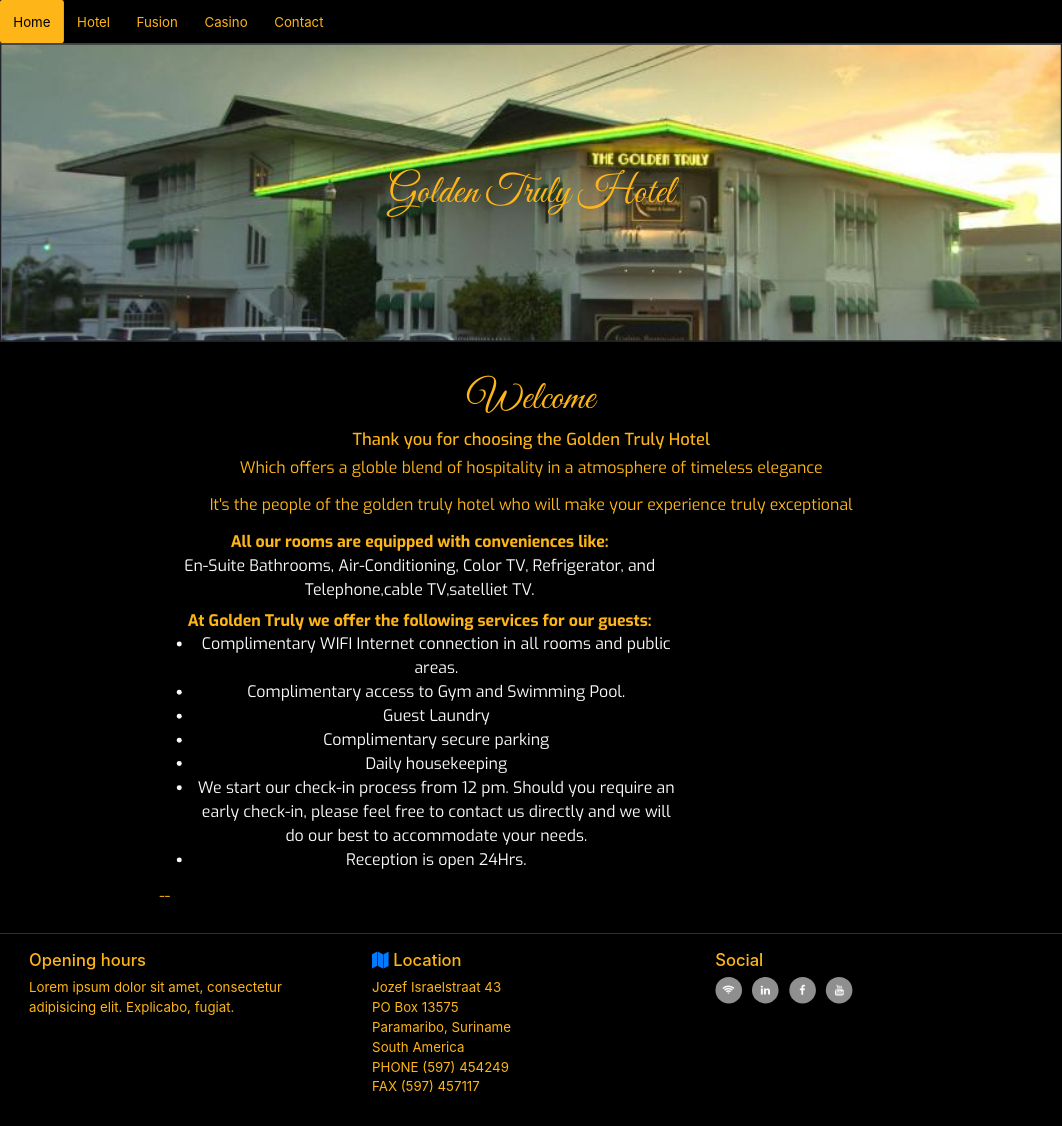
Repository: Code-Institute-Submissions/anthonycaf-Milestone1
Page: index.html
The author's editor kept a record of every edit. The page is drawn from the files as they stood at one moment, then again after the next edit.
The browser window is 1280 px wide. The pictures show the whole page, at 83% of full size.

Above is the page before.

After the next edit:
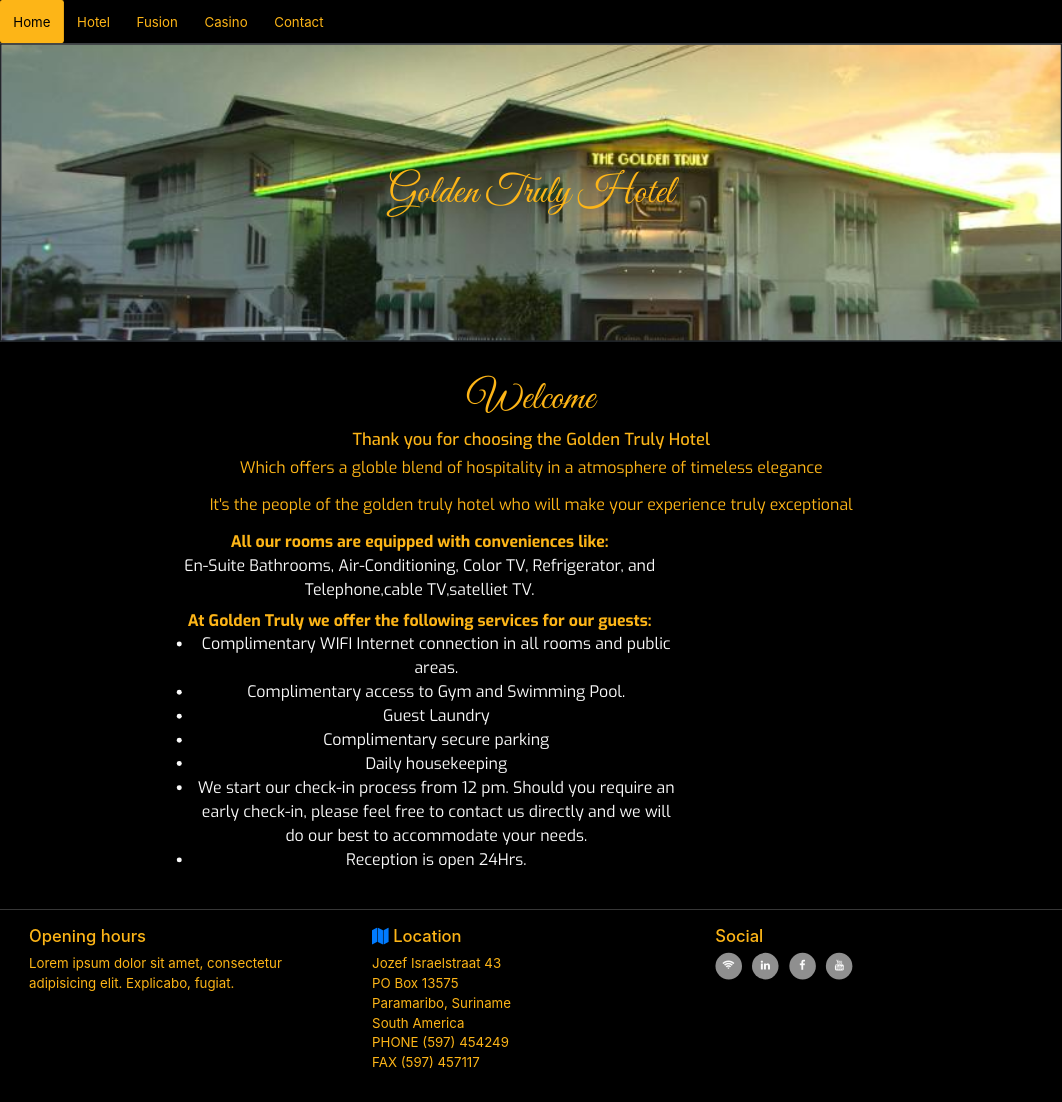
The edit:
--- a/index.html
+++ b/index.html
@@ -48,9 +48,7 @@
       <li class="room-services-item">Reception is open 24Hrs.</li>
      </ul>
     </dd>
-
-
-   </dl>--
+   </dl>
    <!--
                <h2 id="welcome" class="uppercase text-center">Welcome</h2>
                 <h5 class="uppercase text-center">Thank you for choosing the Golden Truly Hotel</h5>
